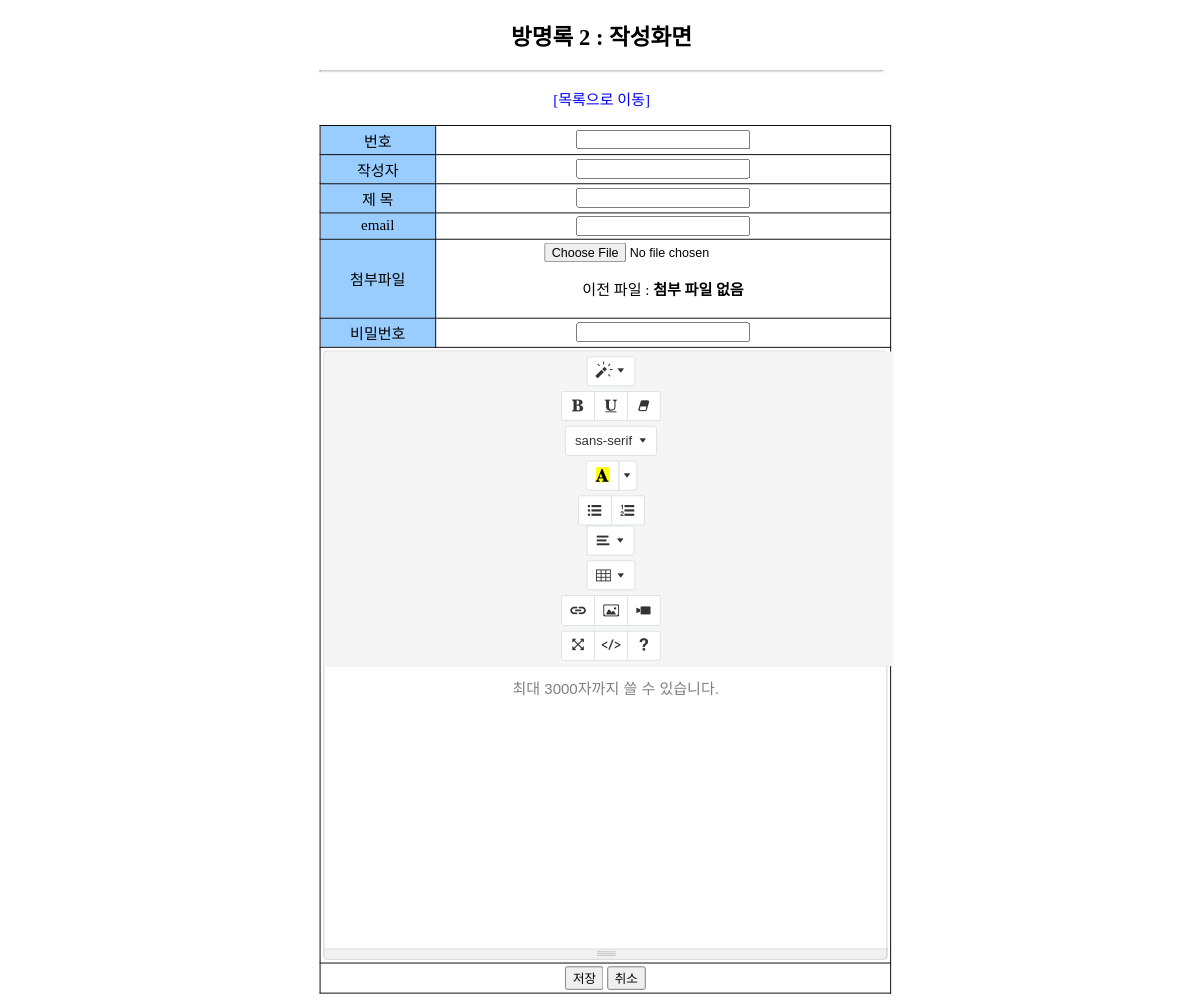
Repository: Koran1/springmvcstudy
Page: http://localhost/spring_mvc02/WEB-INF/views/guestbook2/update.jsp
The author's editor kept a copy of each file at every save. The page is drawn from the files as they stood at one save, then again after the next save.
The browser window is 1280 px wide. The pictures show the whole page, at 94% of full size.
Some web fonts or font styles are not loaded; a fallback is used. The page is served by Tomcat 9. Nobody is signed in. Other server files are loaded and not shown. The template is opened directly, without the code that normally fills it, so the values that code supplies are empty.

Above is the page before, as saved 2024-10-23 06:40:03.

### spring_mvc02/src/main/webapp/WEB-INF/views/guestbook2/update.jsp
<%@ page language="java" contentType="text/html; charset=UTF-8"
    pageEncoding="UTF-8"%>
<%@ taglib prefix="c" uri="http://java.sun.com/jsp/jstl/core" %>
<!DOCTYPE html>
<html>
<head>
<meta charset="UTF-8">
<title>Update2</title>
<link rel="stylesheet" href="resources/css/summernote-lite.css">
<style type="text/css">
	a { text-decoration: none;}
	table{width: 600px; border-collapse:collapse; text-align: center;}
	table,th,td{border: 1px solid black; padding: 3px}
	div{width: 600px; margin:auto; text-align: center;}
</style>
</head>
<body>
<div>
		<h2>방명록 2 : 작성화면</h2>
		<hr>
		<p><a href="/guestbook2">[목록으로 이동]</a></p>
		<form action="gb2_update_ok" enctype="multipart/form-data" method="post">
			<table>

				<tr align="center">
					<td bgcolor="#99ccff">번호</td>
					<td><input type="text" name="gb2_idx" readonly value="${onelist.gb2_idx}" size ="20"></td>
				</tr>
				<tr align="center">
					<td bgcolor="#99ccff">작성자</td>
					<td><input type="text" name="gb2_name" value="${onelist.gb2_name}" size ="20" required></td>
				</tr>
				<tr align="center">
					<td bgcolor="#99ccff">제  목</td>
					<td><input type="text" name="gb2_subject" value="${onelist.gb2_subject}" size ="20" required></td>
				</tr>
				<tr align="center">
					<td bgcolor="#99ccff">email</td>
					<td><input type="text" name="gb2_email" value="${onelist.gb2_email}" size ="20" required></td>
				</tr>
				<tr align="center">
				<td bgcolor="#99ccff">첨부파일</td>
				<td><input type="file" name="gb2_f_name" size ="20"><p> 이전 파일 :
					<c:choose>
						<c:when test="${empty onelist.gb2_f_name}">
						<b>첨부 파일 없음</b>
					</c:when>
					<c:otherwise>
						 ${onelist.gb2_f_name}
					</c:otherwise>
				</c:choose>	</p>
				</td>
				</tr>
				<tr align="center">
					<td bgcolor="#99ccff">비밀번호</td>
					<td><input type="password" name="gb2_pw" id="gb2_pw" size ="20" required>
				</tr>
				<tr align="center">
					<td colspan="2">
						<textarea rows="10" cols="60" name="gb2_content" id="gb2_content">${onelist.gb2_content}</textarea>
					</td>
				</tr>
				<tfoot>
					<tr align="center">
						<td colspan="2">
							<input type="submit" value="저장">
							<input type="hidden" name="gb2_idx" value="${onelist.gb2_idx}">
							<input type="reset" value="취소">
						</td>
					</tr>
				</tfoot>
			</table>
		</form>
	</div>

	<script src="https://ajax.googleapis.com/ajax/libs/jquery/3.7.1/jquery.min.js" crossorigin="anonymous"></script>
	<script src="resources/js/summernote-lite.js" ></script>
	<script src="resources/js/lang/summernote-ko-KR.js" ></script>
	<script type="text/javascript">
		$(function() {
			$("#gb2_content").summernote({
				lang : 'ko-KR',
				height : 300,
				focus : true,
				placeholder : "최대 3000자까지 쓸 수 있습니다.",
				callbacks : {
					onImageUpload : function(files, editor) {
						for (let i = 0; i < files.length; i++) {
							sendImage(files[i], editor);
						}
					}
				}
			});
		});

		function sendImage(file, editor) {
			// FormData 객체를 전송할 때 , jQuery가 설정
		  let frm = new FormData();
		  frm.append("s_file", file);
		  $.ajax({
			  url : "/saveImg",
			  data : frm,
			  method : "post",
			  contentType : false,
			  processData : false,
			  cache : false,
			  dataType : "json",
			  success : function(data) {
				 const path = data.path;
				 const fname = data.fname ;
				 console.log(path, fname);
				 $("#gb2_content").summernote("editor.insertImage", path+"/"+fname);
			  },
			  error : function() {
				alert("읽기실패");
			}
		  });
		}
	</script>
</body>
</html>

Loaded but not shown: spring_mvc02/src/main/webapp/resources/js/summernote-lite.js (library); spring_mvc02/src/main/webapp/resources/js/lang/summernote-ko-KR.js (185 lines, source omitted); spring_mvc02/src/main/webapp/resources/css/summernote-lite.css (1505 lines, source omitted)

After the next save:
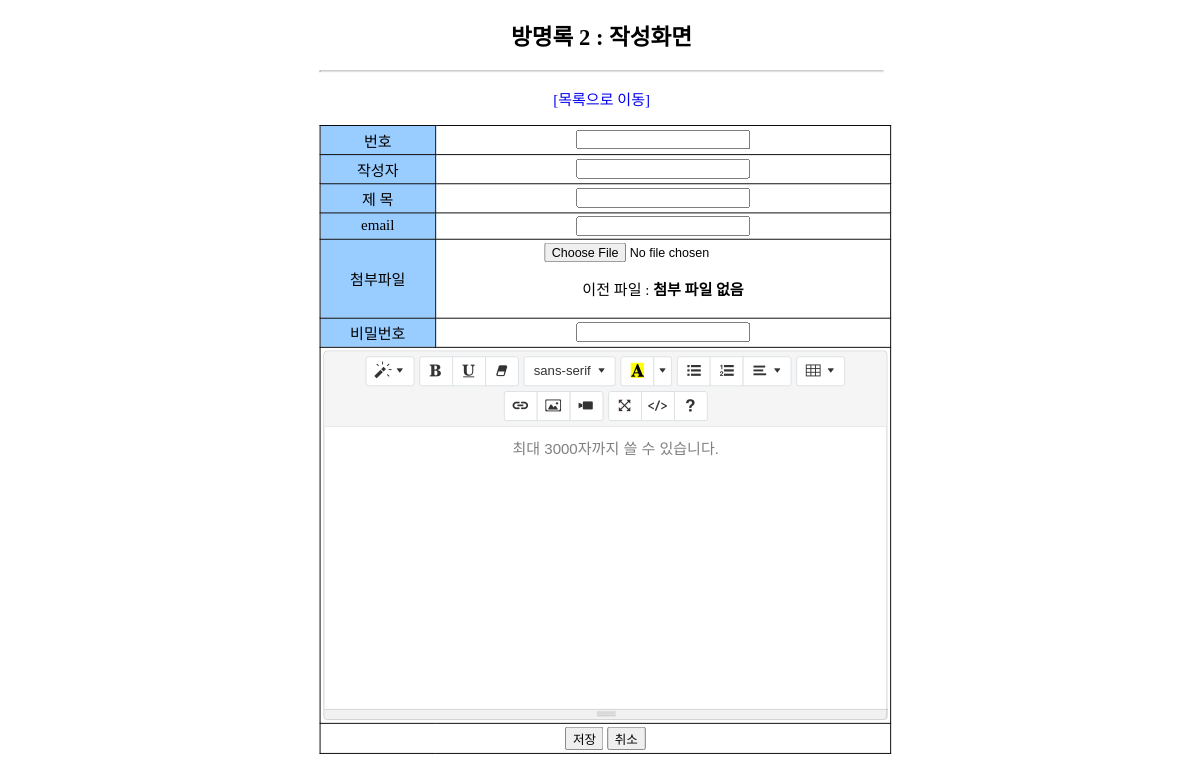
Saved 7 s later.
--- a/spring_mvc02/src/main/webapp/WEB-INF/views/guestbook2/update.jsp
+++ b/spring_mvc02/src/main/webapp/WEB-INF/views/guestbook2/update.jsp
@@ -12,6 +12,10 @@
 	table{width: 600px; border-collapse:collapse; text-align: center;}
 	table,th,td{border: 1px solid black; padding: 3px}
 	div{width: 600px; margin:auto; text-align: center;}
+
+	/* summernote toolbar 수정 */
+	.note-btn-group{width: auto;}
+	.note-toolbar{width: auto;}
 </style>
 </head>
 <body>
